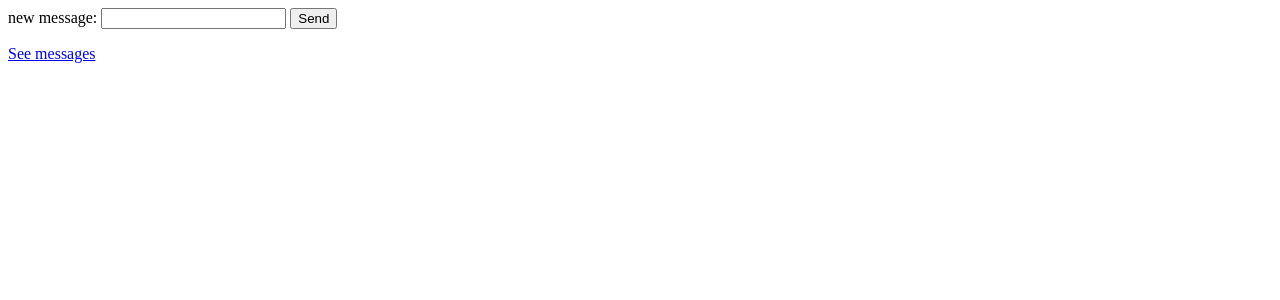
Repository: Katsu-Shunsuke/todo_flask
Page: http://localhost/
The author's editor kept a record of every edit. The page is drawn from the files as they stood at one moment, then again after the next edit.
The browser window is 1280 px wide. The pictures show the whole page.
The page is served by the project's application, run on Flask 3 (main.py).

Above is the page before.

### templates/index.html
<html>
    <body>
        <form method="POST", action="/append">
        new message: <input type="text" name="message">
        <input type="submit" value="Send">
        </form>
        <a href="/append">See messages</a>
    </body>
</html>

### main.py
from flask import Flask, request, render_template, redirect

app = Flask(__name__)
data = []

@app.route('/')
def index():
    return render_template('index.html', todo_list=data)


@app.route('/append', methods=['GET', 'POST'])
def append():
    if request.method == 'POST':
        new = request.form['message']
        if new in data:
            print('既に存在しています')
        else:
            data.append(new)
        return render_template('index.html', todo_list=data)

@app.route('/delete', methods=['POST'])
def delete_item():
    item = request.form['item']
    if item in data:
        data.remove(item)
    return redirect('/')

if __name__ == '__main__':
    app.run(port=8080, debug=True)

After the next edit:
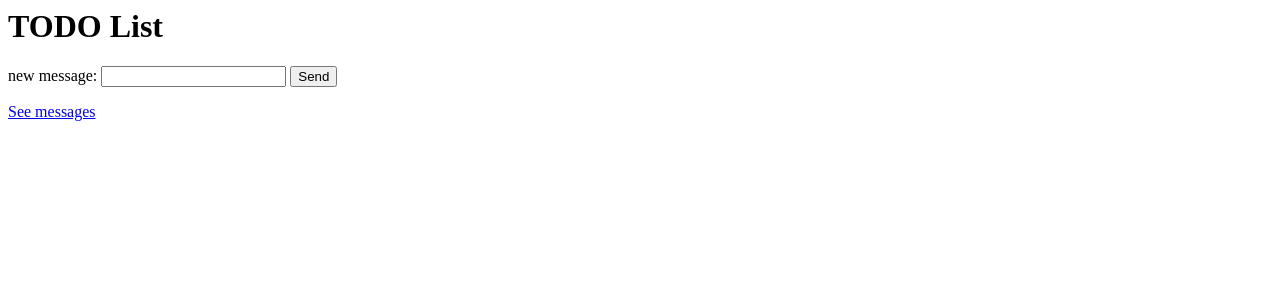
The edit:
--- a/templates/index.html
+++ b/templates/index.html
@@ -1,8 +1,9 @@
 <html>
     <body>
+        <h1>TODO List</h1>
         <form method="POST", action="/append">
-        new message: <input type="text" name="message">
-        <input type="submit" value="Send">
+            new message: <input type="text" name="message">
+            <input type="submit" value="Send">
         </form>
         <a href="/append">See messages</a>
     </body>
